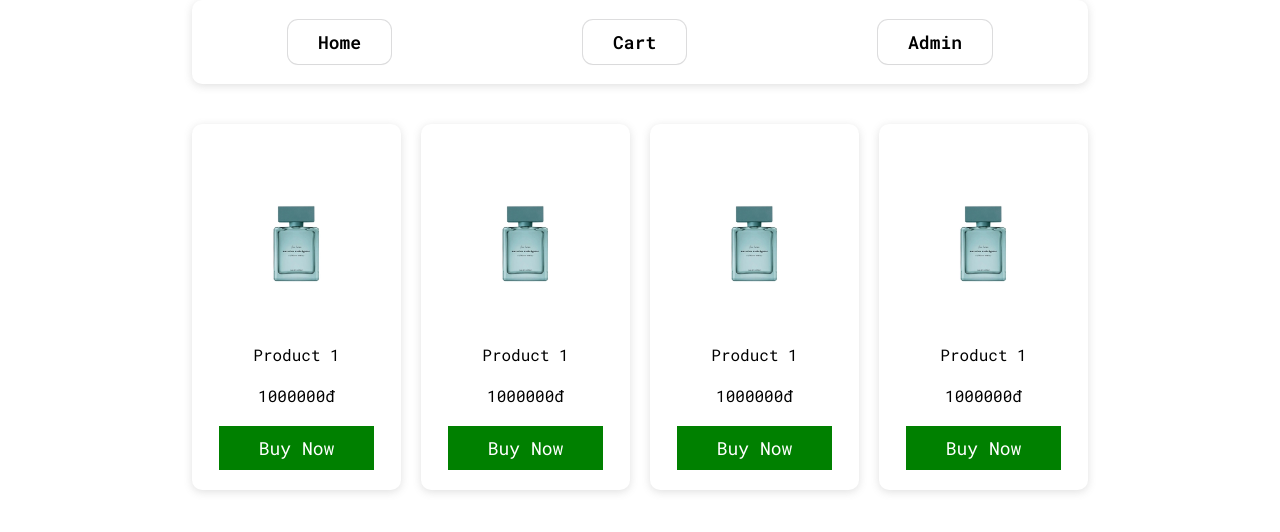
Repository: tuankiet10920/vuejs
Page: /
The author's editor kept a copy of each file at every save. The page is drawn from the files as they stood at one save, then again after the next save.
The browser window is 1280 px wide. The pictures show the whole page.
The project was rebuilt for these pictures with package versions that can differ from the ones it lists, and the page was loaded fresh each time. Also part of the build but not shown: vite.config.js.

Above is the page before, as saved 2024-08-24 12:59:58.

### index.html
<!DOCTYPE html>
<html lang="en">

<head>
  <meta charset="UTF-8">
  <link rel="icon" href="/favicon.ico">
  <meta name="viewport" content="width=device-width, initial-scale=1.0">
  <title>Vite App</title>
  <link rel="stylesheet"
    href="https://fonts.googleapis.com/css2?family=Material+Symbols+Outlined:opsz,wght,FILL,GRAD@24,400,0,0" />
  <link rel="preconnect" href="https://fonts.googleapis.com">
  <link rel="preconnect" href="https://fonts.gstatic.com" crossorigin>
  <link href="https://fonts.googleapis.com/css2?family=Roboto+Mono:ital,wght@0,100..700;1,100..700&display=swap"
    rel="stylesheet">
  <style>
    * {
      margin: 0;
      padding: 0;
      box-sizing: border-box;
      list-style: none;
      text-decoration: none;
      font-family: "Roboto Mono", monospace;
      font-style: normal;
    }

    body {
      width: 100%;
      display: flex;
      justify-content: center;
    }

    #app {
      width: 70%;
    }
  </style>
</head>

<body>
  <div id="app"></div>
  <script type="module" src="/src/main.js"></script>
</body>

</html>

### src/main.js
import { createApp } from 'vue'
import App from './App.vue'
import router from './router'
import lsProduct from '../public/data/lsProduct.json';

if(!localStorage.getItem('lsProduct')){
    localStorage.setItem('lsProduct', JSON.stringify(lsProduct));
}
if(!localStorage.getItem('cart')){
    let cart = [];
    localStorage.setItem('cart', JSON.stringify(cart));
}
const app = createApp(App)

app.use(router)

app.mount('#app')

### src/App.vue
<template>

  <!-- header -->
  <Header />

  <!-- pages render here -->
  <RouterView />

</template>
<script>
import { RouterLink, RouterView } from 'vue-router'
import Header from './components/header.vue'
export default {
  components: {
    Header
  }
}

</script>

### src/router/index.js
import { createRouter, createWebHistory } from 'vue-router'

const router = createRouter({
  history: createWebHistory(import.meta.env.BASE_URL),
  routes: [
    {
      path: '/',
      name: 'home',
      component: () => import('../views/HomeView.vue')
    },
    {
      path: '/admin',
      name: 'admin',
      component: () => import('../views/AdminView.vue')
    },
    {
      path: '/cart',
      name: 'cart',
      component: () => import('../views/CartView.vue')
    }
  ]
})

export default router

### public/data/lsProduct.json
[
    {
        "id" : 1,
        "name" : "Donna Born In Roma",
        "price" : 1000000,
        "image" : "product-1.webp"
    },
    {
        "id" : 2,
        "name" : "Frangipani Flower Cologne",
        "price" : 2000000,
        "image" : "product-2.webp"
    },
    {
        "id" : 3,
        "name" : "Glossier You Eau",
        "price" : 3000000,
        "image" : "product-3.webp"
    },
    {
        "id" : 4,
        "name" : "Mini Cheirosa",
        "price" : 4000000,
        "image" : "product-4.webp"
    }
]

### src/components/header.vue
<template>
    <div class="header">
        <ul>
            <li>
                <RouterLink to="/">Home</RouterLink>
            </li>
            <li>
                <RouterLink to="/cart">Cart</RouterLink>
            </li>
            <li>
                <RouterLink to="/admin">Admin</RouterLink>
            </li>
        </ul>
    </div>
</template>

<script>
export default {

}
</script>

<style>
.header {
    width: 100%;
    padding: 20px 0px;
    border-radius: 10px;
    box-shadow: rgba(99, 99, 99, 0.2) 0px 2px 8px 0px;
    margin-bottom: 40px;
}

.header ul {
    display: flex;
    justify-content: space-around;
    width: 100%;
}

.header ul li {
    box-shadow: rgba(0, 0, 0, 0.02) 0px 1px 3px 0px, rgba(27, 31, 35, 0.15) 0px 0px 0px 1px;
    padding: 10px 30px;
    border-radius: 10px;
    transition: all .3s ease-in-out;
}

.header ul li a {
    color: #000;
    font-size: 18px;
    font-weight: 600;
}

.header ul li:hover {
    box-shadow: rgba(50, 50, 93, 0.25) 0px 30px 60px -12px inset, rgba(0, 0, 0, 0.3) 0px 18px 36px -18px inset;
    border-radius: 0px;
}

.header ul li:hover a {
    color: #fff;
}
</style>

### src/views/HomeView.vue
<template>
  <!-- products -->
  <Products />
</template>

<script>
import Products from '../components/products.vue'
export default {
  components: {
    Products
  }
}
</script>

### src/components/products.vue
<template>
    <div class="products">
        <Product />
        <Product />
        <Product />
        <Product />
    </div>
</template>

<script>
import Product from './product.vue'
export default {
    components: {
        Product
    },
    data() {
        return {
            products: JSON.parse(localStorage.getItem('lsProduct'))

        }
    }

}
</script>

<style scoped>
.products {
    width: 100%;
    display: grid;
    grid-template-columns: repeat(auto-fit, minmax(calc(100% / 5), 1fr));
    gap: 20px;
}
</style>

### src/components/product.vue
<template>
    <div class="box">
        <div class="image">
            <img src="../../public/img/product-1.webp" alt="product-1">
        </div>
        <div class="content">
            <div class="name">
                <p>Product 1</p>
            </div>
            <div class="price">
                <p>1000000đ</p>
            </div>
            <Button />
        </div>
    </div>
</template>

<script>
import Button from './button.vue'
export default {
    components: {
        Button
    }
}
</script>


<style scoped>
.box {
    width: 100%;
    box-shadow: rgba(99, 99, 99, 0.2) 0px 2px 8px 0px;
    padding: 20px 0px;
    transition: all .3s ease-in-out;
    border-radius: 10px;
}

.box:hover img {
    transform: scale(1.2);
}

.box:hover {
    box-shadow: rgba(0, 0, 0, 0.25) 0px 54px 55px, rgba(0, 0, 0, 0.12) 0px -12px 30px, rgba(0, 0, 0, 0.12) 0px 4px 6px, rgba(0, 0, 0, 0.17) 0px 12px 13px, rgba(0, 0, 0, 0.09) 0px -3px 5px;
}

.image {
    width: 100%;
    height: 200px;
    display: flex;
    justify-content: center;
    align-items: center;
}

.image img {
    width: 70%;
    height: 80%;
    transition: all .3s ease-in-out;
}

.content {
    text-align: center;
}

.price {
    margin: 20px 0px;
}
</style>

### src/components/button.vue
<template>
    <button type="button" class="button-component">
        Buy Now
    </button>
</template>

<style scoped>
.button-component {
    border: none;
    background: green;
    color: #fff;
    font-size: 18px;
    padding: 10px 40px;
    transition: all .3s ease-in-out;
    width: fit-content;
}

.button-component:hover {
    background: brown;
    border-radius: 20px;
}
</style>

After the next save:
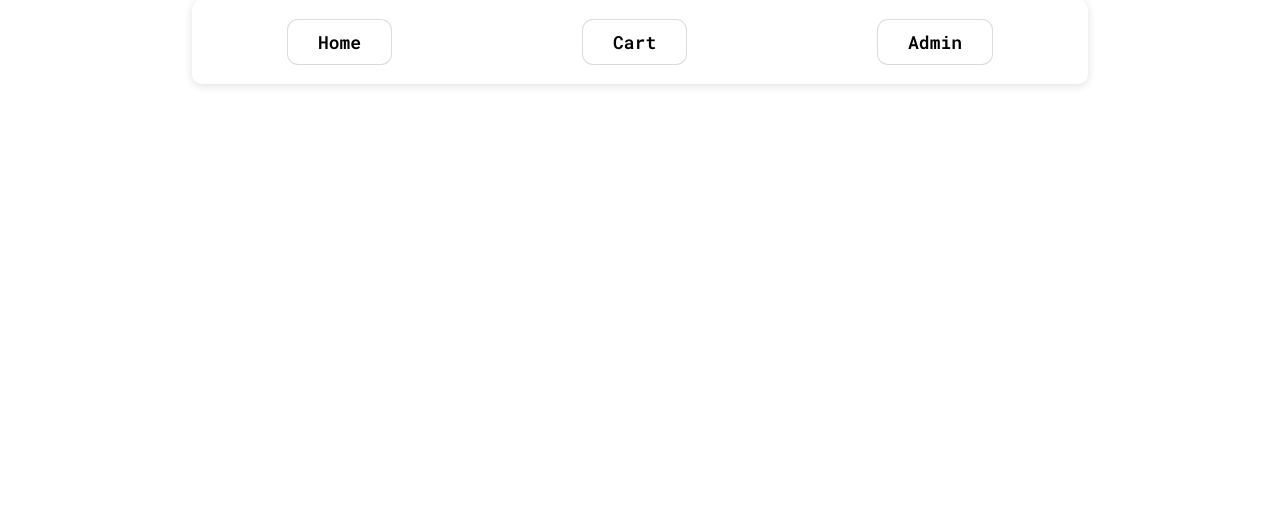
Saved 17 s later.
--- a/src/components/products.vue
+++ b/src/components/products.vue
@@ -9,6 +9,8 @@
 
 <script>
 import Product from './product.vue'
+console.log(data());
+
 export default {
     components: {
         Product

After the save that followed:
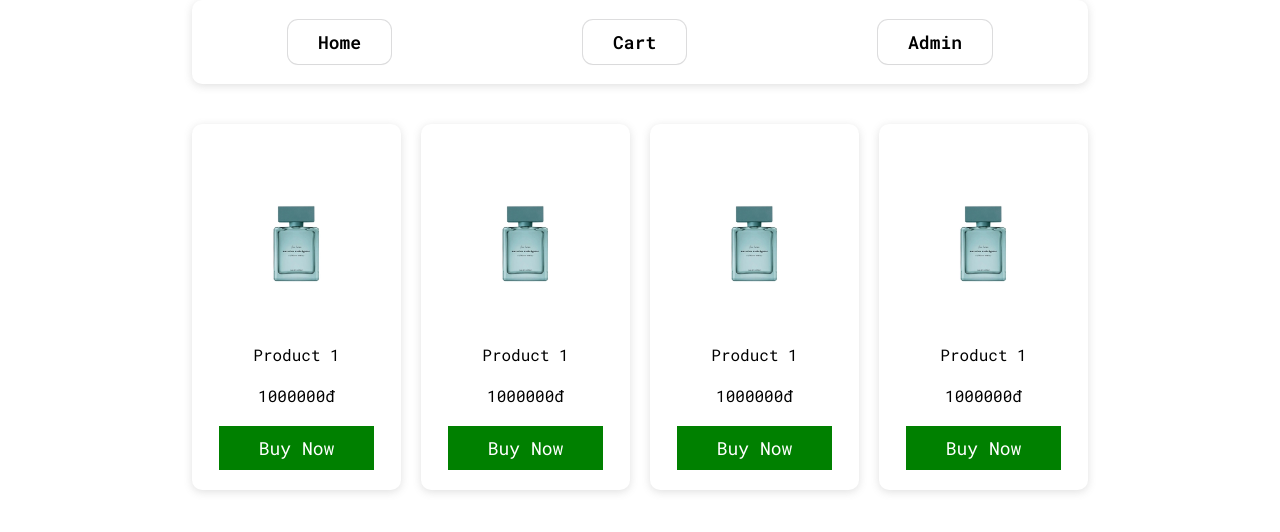
Saved 10 s later.
--- a/src/components/products.vue
+++ b/src/components/products.vue
@@ -9,7 +9,6 @@
 
 <script>
 import Product from './product.vue'
-console.log(data());
 
 export default {
     components: {
